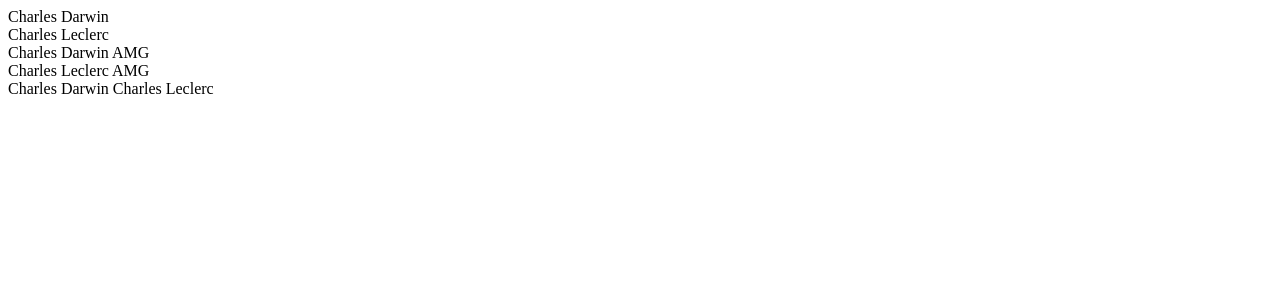
Repository: raghav3003/Simplilearn_phase4
Page: Javascript_phase_4_programs/public/prototype.html
An editor plug-in stored every save of this project. The page is shown before and after the next save, followed by the edit.
The browser window is 1280 px wide. The pictures show the whole page.

Above is the page before, as saved 2021-06-29 10:05:24.

After the next save:
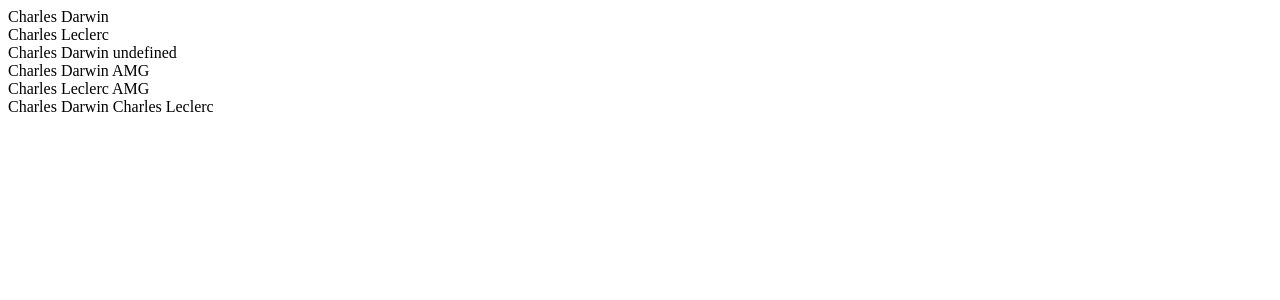
Saved 98 s later.
--- a/Javascript_phase_4_programs/public/prototype.html
+++ b/Javascript_phase_4_programs/public/prototype.html
@@ -21,6 +21,8 @@
 
 	document.write(emp1.fullName() + '<br>');
 	document.write(emp2.fullName() + '<br>');
+
+	document.write(emp1.firstName + ' ' + emp1.lastName + ' ' + emp1.company + '<br>');
 
 	Employee.prototype.company = 'AMG';
 

After the save that followed:
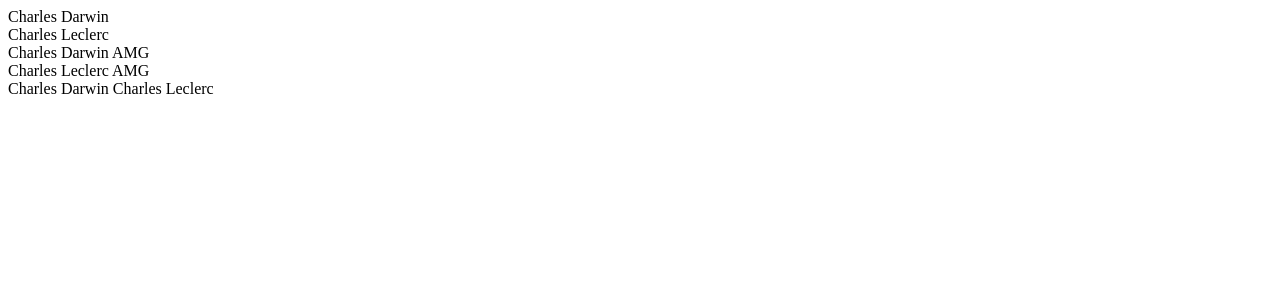
Saved 20 s later.
--- a/Javascript_phase_4_programs/public/prototype.html
+++ b/Javascript_phase_4_programs/public/prototype.html
@@ -21,8 +21,6 @@
 
 	document.write(emp1.fullName() + '<br>');
 	document.write(emp2.fullName() + '<br>');
-
-	document.write(emp1.firstName + ' ' + emp1.lastName + ' ' + emp1.company + '<br>');
 
 	Employee.prototype.company = 'AMG';
 
